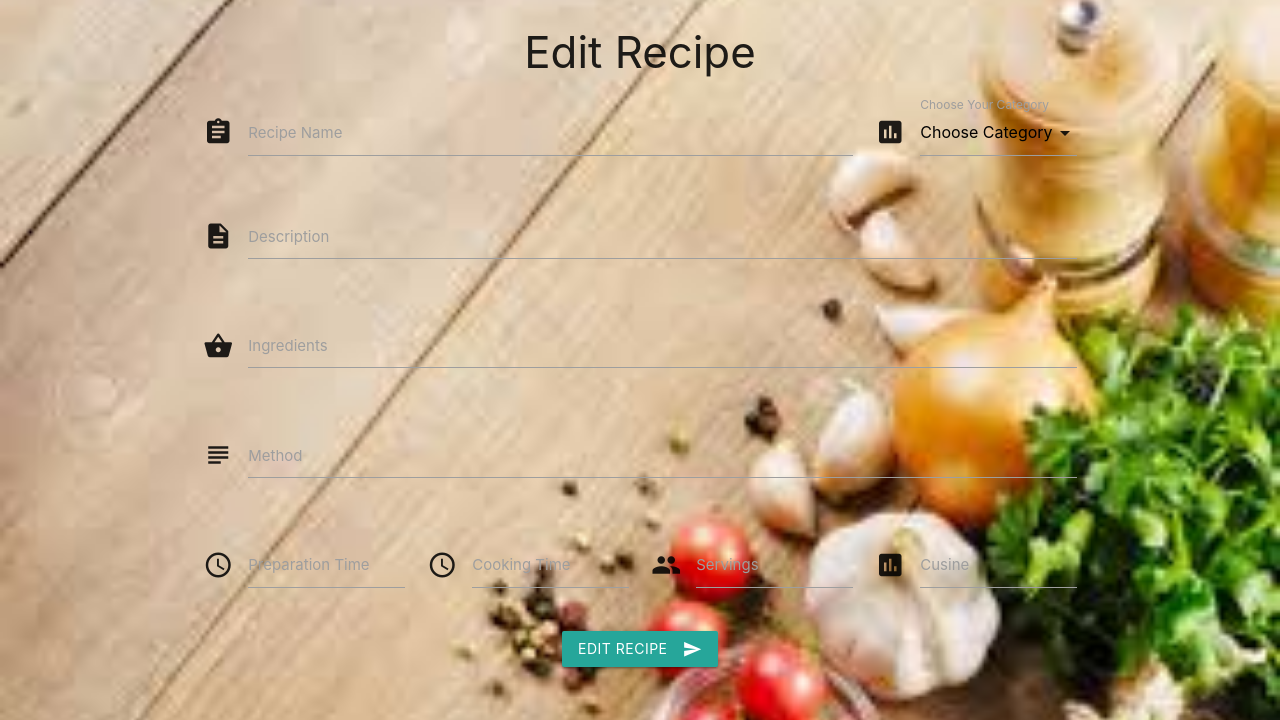
Repository: atena123/COOK-BOOK
Page: templates/editrecipe.html
The author's editor kept a record of every edit. The page is drawn from the files as they stood at one moment, then again after the next edit.
The browser window is 1280 px wide. The pictures show the whole page.
Some web libraries are served in a nearby version. The template is drawn by Flask 3. The application's start-up code is not run. The template is opened directly, without the code that normally fills it, so the values that code supplies are empty.

Above is the page before.

After the next edit:
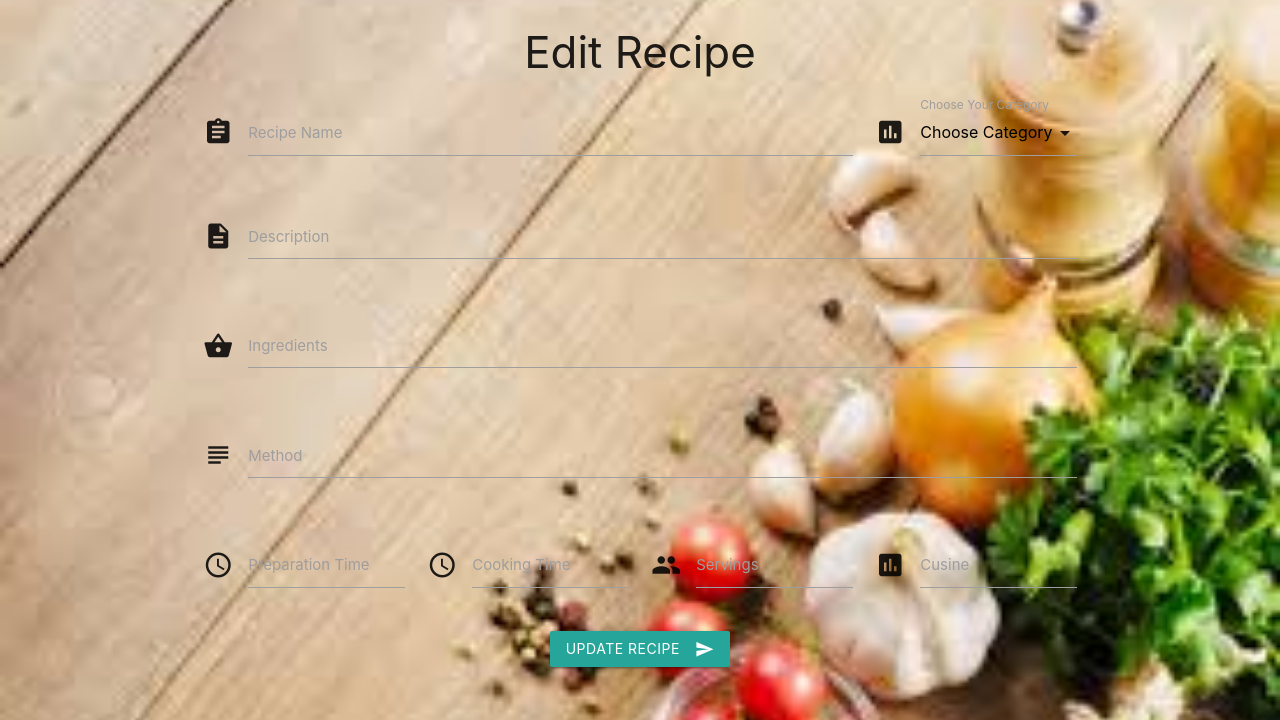
The edit:
--- a/templates/editrecipe.html
+++ b/templates/editrecipe.html
@@ -74,8 +74,8 @@
                 <label for="icon_prefix">Cusine</label>
                 </div>
             </div>
-            <div class="row add_recipe_button">
-                <button class="btn waves-effect waves-light" type="submit" name="action">Edit Recipe
+            <div class="row edit_recipe_button">
+                <button class="btn waves-effect waves-light" type="submit" name="action">Update Recipe
                 <i class="material-icons right">send</i>
                 </button>
             </div>
